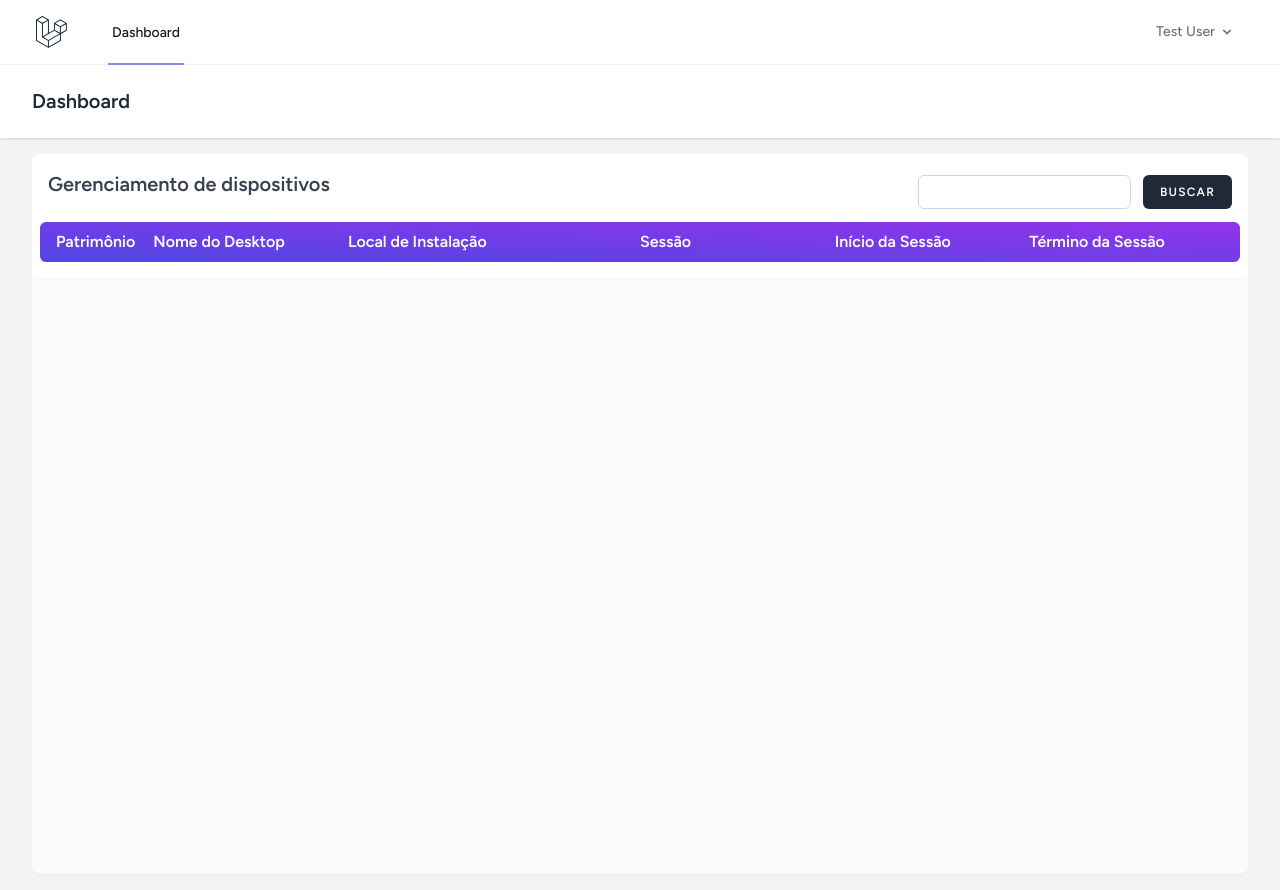
Repository: CrisMorgantee/device-logs
Page: http://localhost/dashboard
An editor plug-in stored every save of this project. The page is shown before and after the next save, followed by the edit.
The browser window is 1280 px wide. The pictures show the whole page.
The page is served by the project's Laravel application, run on PHP 8.4 with Laravel 10. A made-up administrator, Test User (test@example.com), is signed in. Style sheets and scripts are compiled from the project's sources, by tool versions that may differ from the author's. Queries for data that is not in the repository find no rows.

Above is the page before, as saved 2023-04-14 23:38:59.

After the next save:
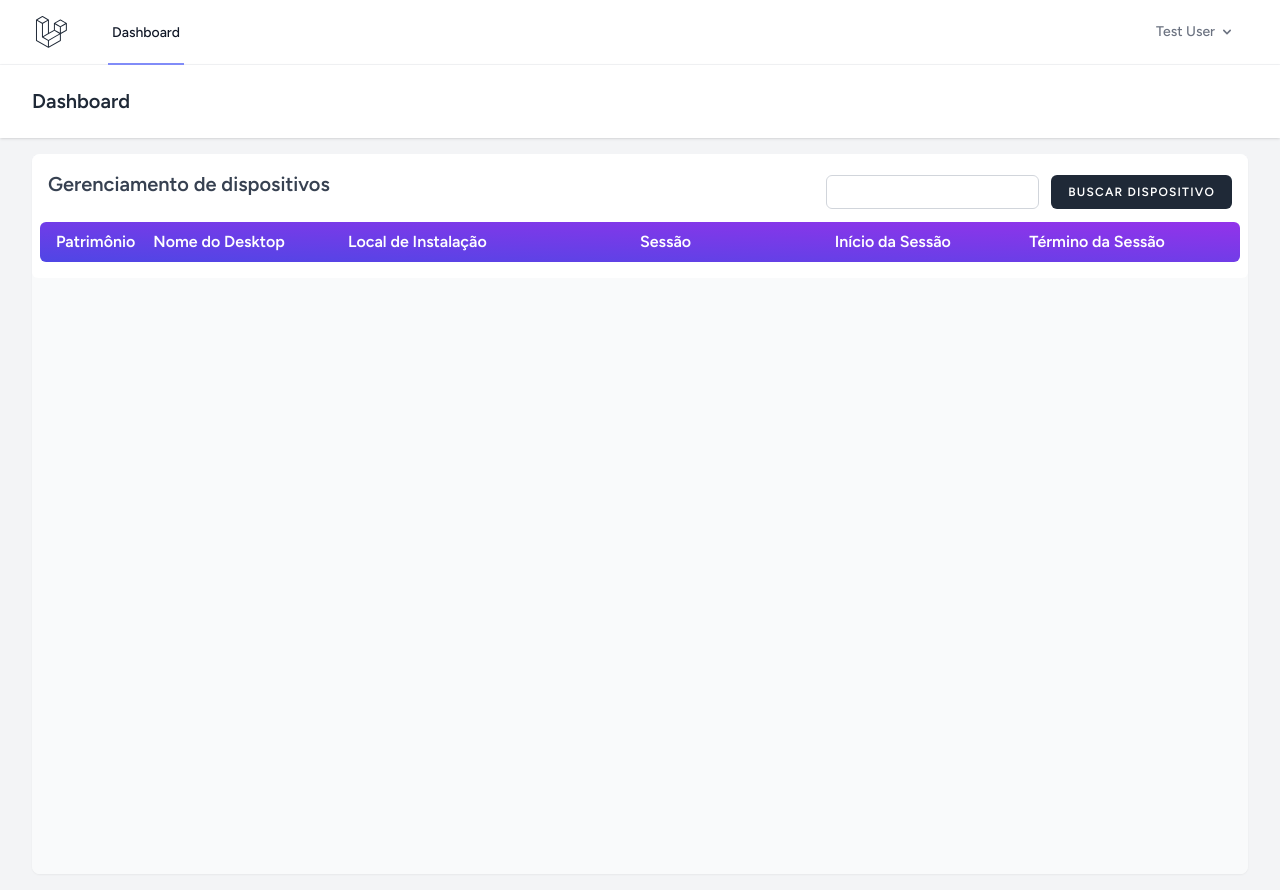
Saved 31 s later.
--- a/resources/views/dashboard.blade.php
+++ b/resources/views/dashboard.blade.php
@@ -15,7 +15,7 @@
 
               <div class="flex items-center justify-between">
                 <input type="text" class="rounded-md border-gray-300 py-1 px-4" />
-                <x-primary-button class="ml-3">Buscar</x-primary-button>
+                <x-primary-button class="ml-3">Buscar Dispositivo</x-primary-button>
               </div>
             </div>
 
